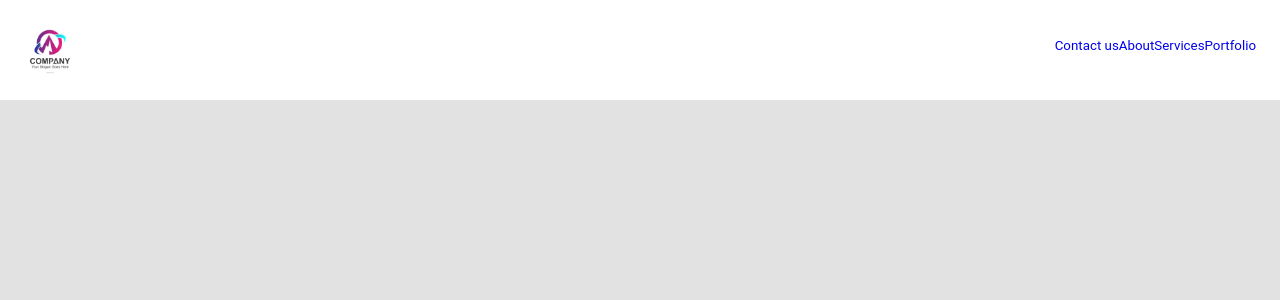
Repository: wisdomspine/emmatech-website
Page: index.html
The author's editor kept a copy of each file at every save. The page is drawn from the files as they stood at one save, then again after the next save.
The browser window is 1280 px wide. The pictures show the whole page.

Above is the page before, as saved 2020-09-18 13:26:17.

After the next save:
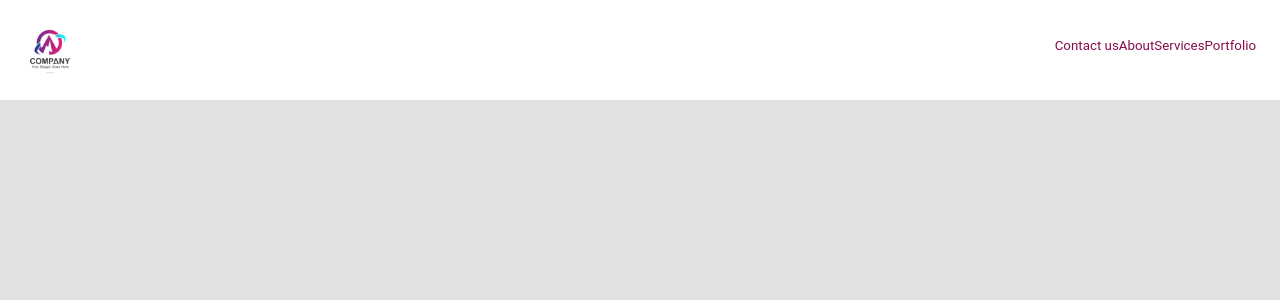
Saved 28 s later.
--- a/assets/styles/page-header.css
+++ b/assets/styles/page-header.css
@@ -17,5 +17,8 @@
 .header nav ul {
   list-style: none;
   display: flex;
+}
+
+.header nav ul a {
   color: var(--accent-link-color);
 }
